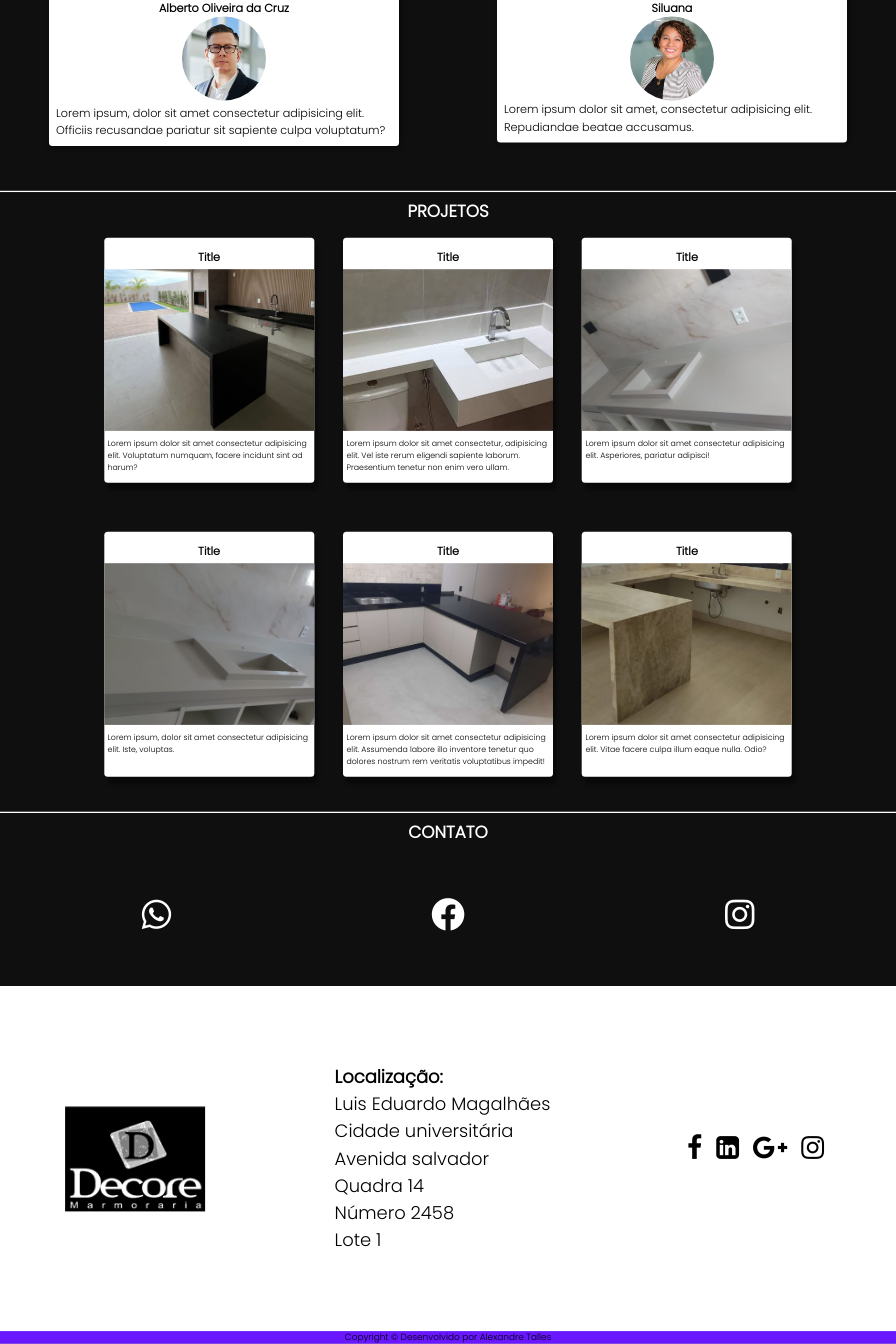
Repository: XFERRER7/projeto-xt7
Page: projetoMarmoraria/index.html
An editor plug-in stored every save of this project. The page is shown before and after the next save, followed by the edit.
The browser window is 1280 px wide. The pictures show the part of the page from y = 1191 to 3111 px (the page is 3111 px tall before and 3055 px after), at 70% of full size.
Some web libraries are served in a nearby version.

Above is the page before, as saved 2022-05-09 18:49:18.

### projetoMarmoraria/index.html
<!DOCTYPE html>
<html lang="pt-br">

<head>
  <meta charset="UTF-8">
  <meta http-equiv="X-UA-Compatible" content="IE=edge">
  <meta name="viewport" content="width=device-width, initial-scale=1.0">
  <title>Marmoraria Decore</title>
  <link rel="stylesheet" href="css/style.css">
  <link rel="stylesheet" href="https://cdnjs.cloudflare.com/ajax/libs/font-awesome/6.1.1/css/all.min.css"
    integrity="sha512-KfkfwYDsLkIlwQp6LFnl8zNdLGxu9YAA1QvwINks4PhcElQSvqcyVLLD9aMhXd13uQjoXtEKNosOWaZqXgel0g=="
    crossorigin="anonymous" referrerpolicy="no-referrer" />
  <link rel="stylesheet" href="https://cdnjs.cloudflare.com/ajax/libs/font-awesome/6.1.1/css/solid.min.css"
    integrity="sha512-qzgHTQ60z8RJitD5a28/c47in6WlHGuyRvMusdnuWWBB6fZ0DWG/KyfchGSBlLVeqAz+1LzNq+gGZkCSHnSd3g=="
    crossorigin="anonymous" referrerpolicy="no-referrer" />
  <link rel="stylesheet" href="https://cdnjs.cloudflare.com/ajax/libs/font-awesome/4.7.0/css/font-awesome.min.css" />

</head>

<body>

  <!-- ----------------------------------------------------------------------------------------------------------------- -->


  <!-- HEADER -->
  <header>
    <nav>
      <a class="logo" href="#">MARMORARIA <span id="decore">DECORE</span></a>
      <div class="mobile-menu">
        <div class="line1"></div>
        <div class="line2"></div>
        <div class="line3"></div>
      </div>
      <ul class="nav-list">
        <li><a href="#">Início</a></li>
        <li><a href="#">Sobre</a></li>
        <li><a href="#">Projetos</a></li>
        <li><a href="#">Contato</a></li>
      </ul>
    </nav>
    <div class="hero-section">
      <div class="hero-section-text">
        <h1 id="titulo-header">MARMORES SOB MEDIDA</h1>
        <p id="paragrafo-header">Lorem ipsum, dolor sit amet consectetur adipisicing elit.</p>
      </div>
    </div>
  </header>
  <!-- FIM DO HEADER -->


  <!-- ----------------------------------------------------------------------------------------------------------------- -->


  <!-- MAIN -->
  <main>

    <!-- SECTION B -->
    <section class="section-b">
      <h1 id="section-b-h1">SOBRE</h1>


      <!-- SOBRE PARA CELULAR -->
      <div class="cel">
        <div class="card" id="card-1"></div>
        <p class="text-sobre">Lorem ipsum dolor sit amet consectetur adipisicing elit. Aspernatur maxime illo architecto
          repellendus. Voluptatum ab magnam nihil suscipit, error quod iste dicta, quisquam fugiat, veritatis veniam
          aspernatur modi! Commodi aut officia optio reprehenderit hic sunt aspernatur ipsam minus, dicta qui omnis,
          ratione voluptatem quas sint labore. Temporibus id distinctio asperiores natus omnis earum amet. Obcaecati
          atque, a placeat necessitatibus dolorum labore rerum veritatis adipisci unde itaque iusto, voluptate quis
          tenetur voluptatibus doloremque at voluptates commodi! Ex recusandae repellat iste modi sapiente? Minus, ullam
          ad quia pariatur delectus quaerat velit sit labore aspernatur consequuntur possimus ipsum ipsam, vero ea
          expedita in sequi? Consequuntur iusto repellendus minus hic velit eum, veritatis molestias, sequi, laborum
          nisi consequatur. Dolore, amet placeat. Molestias molestiae aperiam soluta voluptatum odit voluptatem atque,
          repellendus asperiores maiores libero. Nulla odio alias reiciendis dolore cum deleniti beatae autem molestias
          earum minima accusamus nesciunt nostrum quos fugiat cupiditate molestiae, veniam doloremque.</p>
      </div>


      <!-- SOBRE PARA TELAS MAIORES -->
      <div class="imgtext">
        <div id="imgtext-img">
          <div id="content-imgtext-img"></div>
        </div>
        <div id="imgtext-text">
          <div id="content-imgtext-text">
            <p id="content-imgtext-text-p">Lorem ipsum dolor sit amet consectetur adipisicing elit. Odio non, itaque
              quae ut voluptas culpa quod amet dignissimos repellat consequuntur atque enim, nobis, commodi rerum. Quae
              iste repellat voluptatibus dignissimos numquam magnam et vel ratione temporibus, esse nihil eveniet a
              aperiam saepe enim debitis provident! Iure a accusantium voluptate doloribus, velit qui eum porro dicta
              ipsam quos facilis, id officiis molestiae est atque tempora, provident itaque explicabo voluptatem fugiat
              neque inventore eligendi. Reprehenderit fugit quod ratione fugiat inventore facere possimus fuga maiores
              recusandae, illum quaerat dolorum unde ipsa dolore asperiores alias nemo temporibus porro quam autem
              voluptate cumque velit optio nulla. Recusandae repudiandae aliquid explicabo veniam nisi illum numquam
              sequi quisquam aperiam, reprehenderit molestiae, cum animi itaque quo nesciunt facere cupiditate quasi
              quibusdam sed hic, aliquam tempora? Perspiciatis modi eligendi voluptatum, molestiae culpa recusandae
              neque eveniet voluptatibus repudiandae.</p>
          </div>
        </div>

      </div>

      <div class="container-about-person">

        <div class="about-person">
          <h4>Alberto Oliveira da Cruz</h4>
          <div class="img-person" id="person-1"></div>
          <p class="p-about-person">Lorem ipsum, dolor sit amet consectetur adipisicing elit. Officiis recusandae
            pariatur sit sapiente culpa voluptatum?</p>
        </div>

        <div class="about-person">
          <h4>Siluana</h4>
          <div class="img-person" id="person-2"></div>
          <p>Lorem ipsum dolor sit amet, consectetur adipisicing elit. Repudiandae beatae accusamus.</p>
        </div>

      </div>
    </section>


    <div class="divisa"></div>


    <!-- SECTION A -->
    <section class="section-a">
      <h1 id="section-a-h1">PROJETOS</h1>

      <!-- Container dos cards -->
      <div class="container-cards-main">

        <!-- Card 1 -->
        <div class="card-main">
          <h4 class="title-card">Title</h4>
          <div id="card-img-1"></div>
          <p class="descricao-card">Lorem ipsum dolor sit amet consectetur adipisicing elit. Voluptatum numquam, facere
            incidunt sint ad harum?</p>
        </div>

        <!-- Card 2 -->
        <div class="card-main">
          <h4 class="title-card">Title</h4>
          <div id="card-img-2"></div>
          <p class="descricao-card">Lorem ipsum dolor sit amet consectetur, adipisicing elit. Vel iste rerum eligendi
            sapiente laborum. Praesentium tenetur non enim vero ullam.</p>
        </div>

        <!-- Card 3 -->
        <div class="card-main">
          <h4 class="title-card">Title</h4>
          <div id="card-img-3"></div>
          <p class="descricao-card">Lorem ipsum dolor sit amet consectetur adipisicing elit. Asperiores, pariatur
            adipisci!</p>
        </div>

        <!-- Card 4 -->
        <div class="card-main">
          <h4 class="title-card">Title</h4>
          <div id="card-img-4"></div>
          <p class="descricao-card">Lorem ipsum, dolor sit amet consectetur adipisicing elit. Iste, voluptas.</p>
        </div>

        <!-- Card 5 -->
        <div class="card-main">
          <h4 class="title-card">Title</h4>
          <div id="card-img-5"></div>
          <p class="descricao-card">Lorem ipsum dolor sit amet consectetur adipisicing elit. Assumenda labore illo
            inventore tenetur quo dolores nostrum rem veritatis voluptatibus impedit!</p>
        </div>

        <!-- Card 6 -->
        <div class="card-main">
          <h4 class="title-card">Title</h4>
          <div id="card-img-6"></div>
          <p class="descricao-card">Lorem ipsum dolor sit amet consectetur adipisicing elit. Vitae facere culpa illum
            eaque nulla. Odio?</p>
        </div>
      </div>
    </section>



    <div class="divisa"></div>


    <!-- SECTION C -->
    <section class="section-c">
      <h1 id="section-c-h1">CONTATO</h1>
      <div id="main-div-img">
        <a href="#"><i class="fa-brands fa-whatsapp"></i></a>
        <a href="#"><i class="fa-brands fa-facebook"></i></a>
        <a href="#"><i class="fa-brands fa-instagram"></i></a>
      </div>
    </section>

  </main>
  <!-- FIM DO MAIN -->

  <!-- ----------------------------------------------------------------------------------------------------------------- -->

  <footer>
    <div class="container-footer">

      <div class="footer-up">
        <div class="footer-a block-footer-up">
          <div id="img-footer"></div>
        </div>
        <div class="footer-b block-footer-up">
          <h4>Localização:</h4>
          <p class="footer-b-p">Luis Eduardo Magalhães</p>
          <p class="footer-b-p">Cidade universitária</p>
          <p class="footer-b-p">Avenida salvador</p>
          <p class="footer-b-p">Quadra 14</p>
          <p class="footer-b-p">Número 2458</p>
          <p class="footer-b-p">Lote 1</p>
        </div>
        <div class="footer-c block-footer-up">
          <ul class="footer-c-list">
            <li><a href="#" class="medias"><i class="fa fa-facebook"></i></a></li>
            <li><a href="#" class="medias"><i class="fa fa-linkedin-square"></i></a></li>
            <li><a href="#" class="medias"><i class="fa fa-google-plus"></i></a></li>
            <li><a href="#" class="medias"><i class="fa fa-instagram"></i></a></li>
          </ul>
        </div>
      </div>

      <div id="footer-sub">
        <p>Copyright &copy; Desenvolvido por <span>Alexandre Talles</span></p>
      </div>






    </div>
  </footer>
  <script src="js/menu-bar.js"></script>
  <script src="js/changeText.js"></script>

</body>

</html>

### projetoMarmoraria/css/style.css
@import url('https://fonts.googleapis.com/css2?family=Poppins:ital,wght@0,300;1,100&display=swap');
@import url('https://fonts.googleapis.com/css2?family=Barlow:ital,wght@1,500&display=swap');

* {
  margin: 0;
  padding: 0;
  box-sizing: border-box;
  font-family: 'Poppins', sans-serif;
}

body {
  background-color: #0f0f0f;
  color: #ffffff;
}

::-webkit-scrollbar {
  width: 15px;
}

::-webkit-scrollbar-track {
  background: #000000;

}

::-webkit-scrollbar-thumb {
  background: rgb(154, 2, 255);
  border-radius: 3px;
}

/*----------------------------------MENU-BAR----------------------------------*/
nav a {
  color: rgb(37, 37, 37);
  text-decoration: none;
  transition: 0.8s;
}

nav a:hover {
  color: blue;
  opacity: 0.7;
}

.logo {
  font-size: 1.5em;
  text-transform: uppercase;
  color: rgb(26, 26, 26);
}

#decore {
  font-family: 'Barlow', sans-serif;
  color: #6817ff;
}

nav {
  display: flex;
  justify-content: space-around;
  align-items: center;
  font-family: 'Poppins', sans-serif;
  background: #ededed;
  height: 10vh;
  position: sticky;
  top: 0;
}


.nav-list {
  list-style: none;
  display: flex;
}

.nav-list li {
  letter-spacing: 3px;
  margin-left: 32px;
}

.mobile-menu {
  display: none;
  cursor: pointer;
}

.mobile-menu div {
  width: 32px;
  height: 2px;
  background: rgb(20, 24, 255);
  margin: 8px;
  transition: 0.3s;
}

@media (max-width: 999px) {
  body {
    overflow-x: hidden;
  }

  .nav-list {
    overflow-x: hidden;
    position: fixed;
    top: 10vh;
    right: 0;
    width: 50vw;
    height: 40vh;
    background: #ededed;
    flex-direction: column;
    align-items: center;
    justify-content: space-around;
    transform: translateX(100%);
    transition: transform 0.3s ease-in;
  }

  .nav-list li {
    margin-left: 0;
    opacity: 0;
  }

  .mobile-menu {
    display: block;
  }
}

@media (max-width: 300px) {
  .logo {
    font-size: 0.8rem;
  }
}

.nav-list.active {
  transform: translateX(0);
}

@keyframes navLinkFade {
  from {
    opacity: 0;
    transform: translateX(50px);
  }

  to {
    opacity: 1;
    transform: translateX(0);
  }
}

.mobile-menu.active .line1 {
  transform: rotate(-45deg) translate(-8px, 8px);
}

.mobile-menu.active .line2 {
  opacity: 0;
}

.mobile-menu.active .line3 {
  transform: rotate(45deg) translate(-5px, -7px);
}

/*------------------------------IMAGEM DO HEADER------------------------------*/
.hero-section {
  background-image: linear-gradient(to bottom, rgba(0, 0, 0, 0.516), rgba(0, 0, 0, 0.516)), url(../img/img-header.jpg);
  background-position: 50%;
  background-repeat: no-repeat;
  background-size: cover;
  height: 90vh;
  text-align: center;
  display: -webkit-flex;
  display: -ms-flexbox;
  display: flex;
  -webkit-align-items: center;
  -ms-flex-align: center;
  align-items: center;
  -webkit-justify-content: center;
  -ms-flex-pack: center;
  justify-content: center;
}

#titulo-header {
  font-size: 2.3rem;
}

#paragrafo-header {
  font-size: 0.8rem;
}

.hero-section .hero-section-text {
  color: #fefefe;
  text-shadow: 1px 1px 2px #0a0a0a;
}


main {
  margin: 0;
  padding: 0;
  width: 100%;
}

/*------------------------------------Sobre------------------------------------*/

.section-b {
  background-color: #0f0f0f;
  color: #ffffff;
  margin-bottom: 5%;
}

#section-b-h1 {
  text-align: center;
  padding-top: 10px;
}

.imgtext {
  display: flex;
  margin-top: 10px;
  margin-bottom: 10px;
  height: 55%;
  margin-top: 30px;
}

#imgtext-img {
  width: 50%;
}

#imgtext-text {
  height: 100%;
  width: 50%;

}

#content-imgtext-img {
  background-color: #cd06ff;
  background-image: url(../img/img-sobre.jpg);
  background-position: center;
  background-repeat: no-repeat;
  background-size: cover;
  height: 100%;
  width: 80%;
  margin-left: 5%;
}

#content-imgtext-text {
  margin-left: -50px;
}



@media (max-width: 999px) {

  .imgtext {
    display: none;
  }

  div.card {
    width: 90%;
    height: 250px;
    background-color: #000000;
    margin: 10px 20px 0px 0px;
    background-size: cover;
    background-position: center center;
    border-radius: 5px;
  }

  div.card:hover {
    transform: scale(1.05);
    transition: all 0.5s ease-in-out;
  }

  #card-1 {
    background-image: url(../img/img-sobre.jpg);
    margin-left: 20px;
  }

  .text-sobre {
    padding: 1.2rem;
    margin: auto;
  }


}

@media (min-width: 999px) {
  .card {
    display: none;
  }

  .cel {
    display: none;
  }

}

.divisa {
  height: 2px;
  background-color: #ffffff;
}

.container-about-person {
  display: flex;
  flex-wrap: wrap;
  margin-top: 45px;
}

.about-person {
  background-color: #ffffff;
  color: #000000;
  box-shadow: 2px 2px 8px rgba(0, 0, 0, 0.438);
  border-radius: 5px;
  min-height: 200px;
  width: 500px;
  margin: auto;
  display: flex;
  align-items: center;
  justify-content: center;
  flex-direction: column;
  padding: 10px;
  margin-top: 15px;
}

.img-person {
  background-position: center top;
  background-repeat: no-repeat;
  background-size: cover;
  border-radius: 50%;
  width: 120px;
  height: 120px;
}

.p-about-person {
  margin-top: 5px;
}

/*Arrumar img-person*/

#person-1 {
  background-image: url(../img/ceo-1.jpg);
}

#person-2 {
  background-image: url(../img/ceo-2.jpg);
  background-position: center;
}

/*------------------------------Projetos------------------------------*/

.section-a {
  background-color: #0f0f0f;
}

#section-a-h1 {
  text-align: center;
  padding-top: 10px;
}

.container-cards-main {
  width: 80%;
  margin: auto;
  display: flex;
  flex-wrap: wrap;
}

.card-main {
  height: 350px;
  background-color: rgb(255, 255, 255);
  color: #000000;
  width: 300px;
  margin: 20px auto;
  margin-bottom: 50px;
  border-radius: 5px;
  padding: 10px 0px 10px 0px;
  box-shadow: 5px 10px 5px rgba(0, 0, 0, 0.404);
  transition: all 0.8s ease;

}

.card-main:hover {
  transform: scale(1.03);
}


.title-card {
  padding: 5px;
  text-align: center;
}

.descricao-card {
  padding: 10px 5px 10px 5px;
  font-size: 0.7rem;

}

#card-img-1 {
  height: 70%;
  background-image: url(../img/1.jpeg);
  background-position: center center;
  background-repeat: no-repeat;
  background-size: cover;
}

#card-img-2 {
  height: 70%;
  background-image: url(../img/2.jpeg);
  background-position: center center;
  background-repeat: no-repeat;
  background-size: cover;
}

#card-img-3 {
  height: 70%;
  background-image: url(../img/3.jpeg);
  background-position: center center;
  background-repeat: no-repeat;
  background-size: cover;
}

#card-img-4 {
  height: 70%;
  background-image: url(../img/4.jpeg);
  background-position: bottom center;
  background-repeat: no-repeat;
  background-size: cover;
}

#card-img-5 {
  height: 70%;
  background-image: url(../img/5.jpeg);
  background-position: center center;
  background-repeat: no-repeat;
  background-size: cover;
}

#card-img-6 {
  height: 70%;
  background-image: url(../img/6.jpeg);
  background-position: center center;
  background-repeat: no-repeat;
  background-size: cover;
}

@media (max-width: 999px) {
  .card-main {
    height: 450px;
    width: 400px;


  }

}

/*-----------------------------------Contato-----------------------------------*/

.section-c {
  background-color: #0f0f0f;

}

#section-c-h1 {
  text-align: center;
  padding-top: 10px;
  margin-bottom: 50px;
}

#main-div-img {
  display: grid;
  grid-template-columns: repeat(3, 1fr);
  font-size: 3rem;
  justify-items: center;
  padding: 15px;
  margin-bottom: 50px;
}

#main-div-img a {
  color: #ffffff;
}

.div-img {
  display: inline-block;
  width: 25%;
  text-align: center;
}

.div-linha {
  height: 2px;
  width: 100%;
}

.media {
  text-align: center;
}

/*-----------------------------------Footer-----------------------------------*/

footer {
  background-color: #ffffff;
  color: #000000;
}

.container-footer {
  background-color: #ffffff;
  color: #000000;
  font-size: 0.8rem;
  display: flex;
  align-items: center;
  justify-content: center;
  flex-direction: column;
}

.footer-up {
  background-color: #ffffff;
  color: #000000;
  height: 98%;
  width: 100%;
  display: flex;
  align-items: center;
  flex-direction: row;
}

.block-footer-up {
  padding: 10px;
  margin: 100px auto;
  font-size: 1.6rem;
}

#footer-sub {
  background-color: #6817ff;
  width: 100%;
  text-align: center;
}

#img-footer {
  background-image: url(../img/img-footer.jpeg);
  background-repeat: no-repeat;
  background-position: center;
  background-size: cover;
  height: 150px;
  width: 200px;
}

.footer-c-list {
  list-style: none;
  display: flex;
  align-items: center;
  justify-content: center;
  margin: 1rem 0 3rem 0;
}

.footer-c-list li {
  margin: 0 10px;
}

.footer-c-list a {
  background-color: #ffffff;
  color: #000000;
  text-decoration: none;
}

.footer-c-list a:hover i {
  color: #f01872;
  transition: 0.5s ease;
}

.medias {
  font-size: 38px;
}

@media (max-width: 999px) {
  .footer-up {
    flex-direction: column;
  }

  .block-footer-up {
    padding: 10px;
    margin: 10px auto;
  }

}

### projetoMarmoraria/js/menu-bar.js
class MobileNavbar {
  constructor(mobileMenu, navList, navLinks) {
    this.mobileMenu = document.querySelector(mobileMenu);
    this.navList = document.querySelector(navList);
    this.navLinks = document.querySelectorAll(navLinks);
    this.activeClass = "active";

    this.handleClick = this.handleClick.bind(this);
  }

  animateLinks() {
    this.navLinks.forEach((link, index) => {
      link.style.animation
        ? (link.style.animation = "")
        : (link.style.animation = `navLinkFade 0.5s ease forwards ${
            index / 7 + 0.3
          }s`);
    });
  }

  handleClick() {
    this.navList.classList.toggle(this.activeClass);
    this.mobileMenu.classList.toggle(this.activeClass);
    this.animateLinks();
  }

  addClickEvent() {
    this.mobileMenu.addEventListener("click", this.handleClick);
  }

  init() {
    if (this.mobileMenu) {
      this.addClickEvent();
    }
    return this;
  }
}

const mobileNavbar = new MobileNavbar(
  ".mobile-menu",
  ".nav-list",
  ".nav-list li",
);
mobileNavbar.init();

### projetoMarmoraria/js/changeText.js
function mudarTextoLbl1() {
  document.getElementById('descricao').textContent = "Lorem ipsum dolor sit amet consectetur adipisicing elit. Hic, nisi exercitationem harum officia facilis nihil vitae eligendi provident architecto quis quod unde quas incidunt assumenda corporis iste repudiandae esse voluptatibus?";
}
function mudarTextoLbl2() {
  document.getElementById('descricao').textContent = "Lorem ipsum dolor sit, amet consectetur adipisicing elit. Sapiente distinctio ipsa incidunt non exercitationem laboriosam animi id accusamus placeat, commodi, veniam rerum ut! Fugiat tenetur unde nihil minima fuga veniam odio nulla pariatur eum reiciendis.";
}
function mudarTextoLbl3() {
  document.getElementById('descricao').textContent = "Lorem ipsum dolor sit amet consectetur adipisicing elit. Quas nisi saepe nobis? Maxime blanditiis illo animi tempora maiores expedita qui eum, iusto, ratione odit quia repellendus delectus voluptate nobis nam tenetur, officiis magnam quisquam fugiat dicta nisi id natus. Magnam.";
}
function mudarTextoLbl4() {
  document.getElementById('descricao').textContent = "Lorem ipsum dolor sit amet, consectetur adipisicing elit. Quos eius dolor libero iste impedit nesciunt animi totam corporis id quod.";
}
function mudarTextoLbl5() {
  document.getElementById('descricao').textContent = "Lorem ipsum dolor sit amet, consectetur adipisicing elit. Obcaecati nulla quos quia? Consectetur laudantium illum asperiores excepturi. Itaque ab, rem tempore ullam, fugit aspernatur est alias quaerat expedita nulla, unde recusandae dolore quidem reiciendis atque?";
}

After the next save:
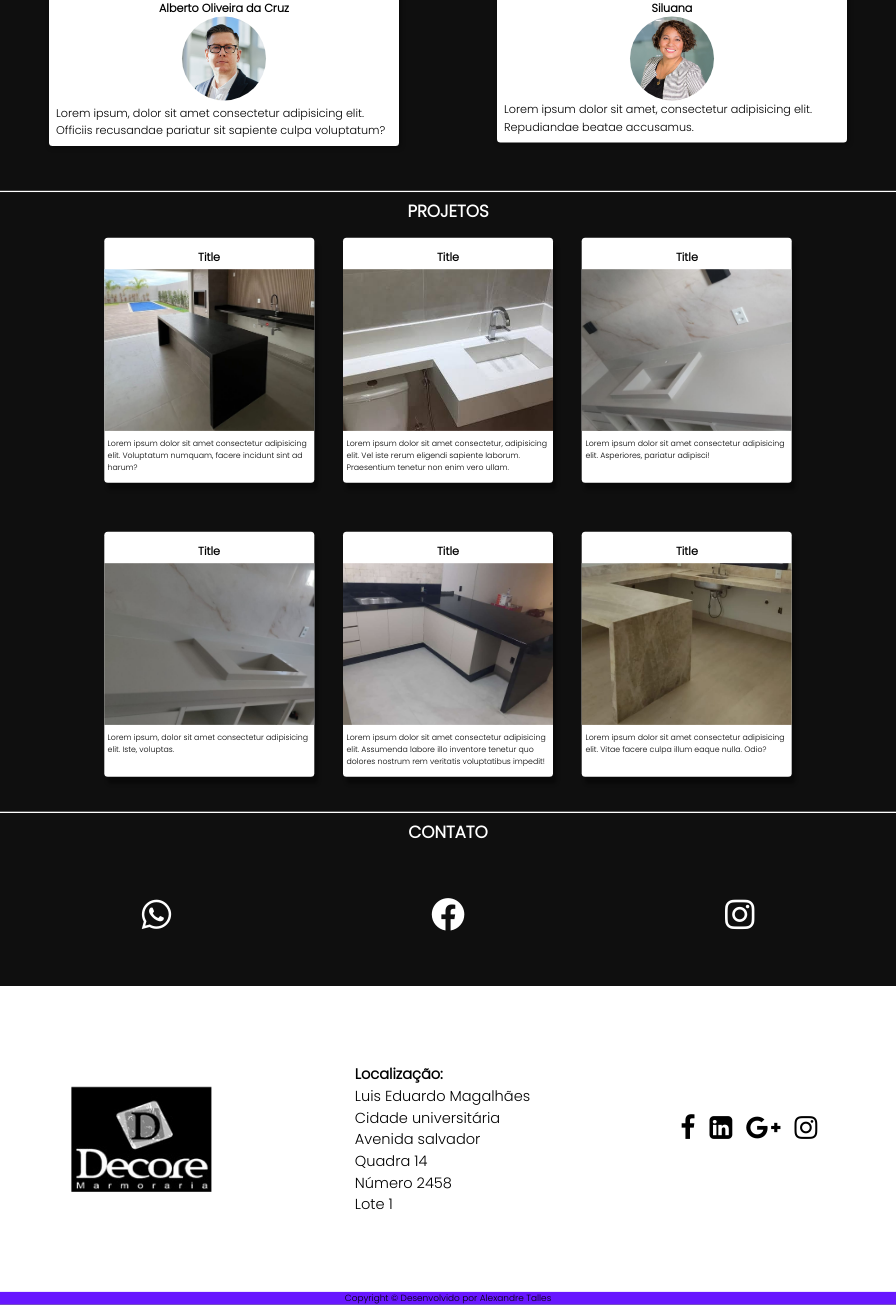
Saved 5 s later.
--- a/projetoMarmoraria/css/style.css
+++ b/projetoMarmoraria/css/style.css
@@ -509,7 +509,7 @@ footer {
 .block-footer-up {
   padding: 10px;
   margin: 100px auto;
-  font-size: 1.6rem;
+  font-size: 1.3rem;
 }
 
 #footer-sub {
